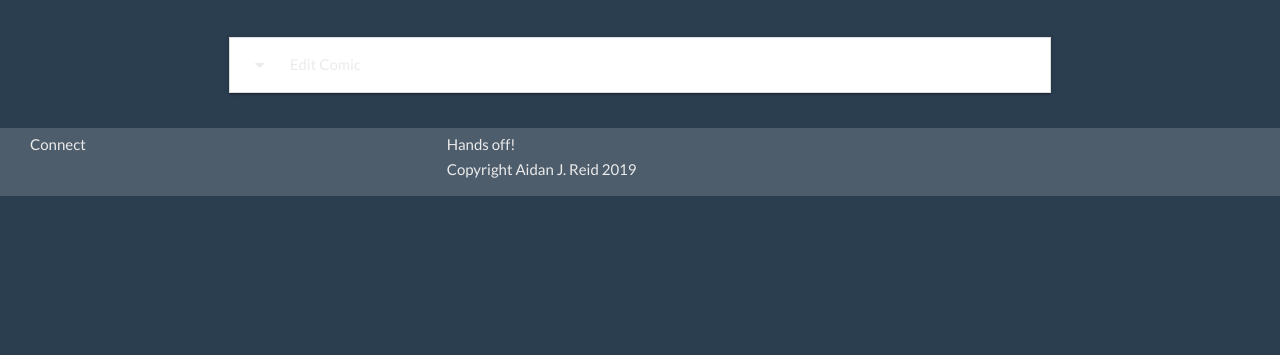
Repository: AidanJReid/Forex-Comix
Page: templates/editcomic.html
The author's editor kept a record of every edit. The page is drawn from the files as they stood at one moment, then again after the next edit.
The browser window is 1280 px wide. The pictures show the part of the page from y = 365 to 935 px (the page is 720 px tall before and 935 px after).
The page is served by the project's application, run on Flask 3 (run.py). The template is opened directly, without the code that normally fills it, so the values that code supplies are empty.

Above is the page before.
Console error: TypeError: $(...).formSelect is not a function

### templates/editcomic.html
{% extends 'base.html' %} {% block content %}

<div class="container row">
    <div class="col">
        <ul class="collapsible">
            <li>
                <div class="collapsible-header"><i class="material-icons">arrow_drop_down</i>Edit Comic</div>
                <div class="collapsible-body">
                    <form action="{{ url_for('insert_comic') }}" method="POST">
                        <div class="row">
                            <div class="input-field col s6">
                                <i class="material-icons prefix">account_circle</i>
                                <select id="language" name="language">
                                    <option value="" disabled selected>Choose your language</option>
                                    {% for language in languages %}
                                            {% if language.language == comic.language %}
                                            <option value="{{ language.language }}" selected >{{ language.language }}</option>
                                            {% else %}
                                            <option value="{{ language.language }}" selected >{{ language.language }}</option>
                                        {% endif %}
                                    {% endfor %}
                                </select>
                                <label for="language">Language</label>
                            </div>
                            <div class="input-field col s6">
                                <i class="material-icons prefix">account_circle</i>
                                <input id="title" name="title" type="text">
                                <label for="title">Title</label>
                            </div>
                        </div>
                        <div class="row">
                            <div class="input-field col s6">
                                <i class="material-icons prefix">account_circle</i>
                                <select id="genre" name="genre">
                                    <option value="" disabled selected>Choose genre</option>
                                    <option value="Horror">Horror</option>
                                    <option value="Sci-Fi">Sci-Fi</option>
                                    <option value="Comedy">Comedy</option>
                                    <option value="Erotica">Erotica</option>
                                    <option value="Fantasy">Fantasy</option>
                                    <option value="Other">Other</option>
                                </select>
                                <label for="genre">Genre</label>
                            </div>
                            <div class="input-field col s6">
                                <i class="material-icons prefix">account_circle</i>
                                <input id="character" type="text" name="character">
                                <label for="character">Main Character</label>
                            </div>
                        </div>
                        <div class="row">
                            <div class="input-field col s6">
                                <i class="material-icons prefix">account_circle</i>
                                <select id="difficulty" name="difficulty">
                                    <option value="" disabled selected>Choose difficulty</option>
                                    <option value="Easy">Easy</option>
                                    <option value="Medium">Medium</option>
                                    <option value="Hard">Hard</option>
                                </select>
                                <label for="difficulty">Difficulty</label>
                            </div>
                            <div class="file-field input-field col s6">
                                <div class="btn">
                                    <span>Upload Image</span>
                                    <input id="image_source" type="file" name="image_source">
                                </div>
                                <div class="file-path-wrapper">
                                    <input class="file-path validate" type="text">
                                </div>
                            </div>
                        </div>
                        <div class="row">
                            <div class="input-field col s6">
                                <i class="material-icons prefix">account_circle</i>
                                <select id="condition" name="condition">
                                    <option value="" disabled selected>Choose comic condition</option>
                                    <option value="Bad condition">Bad condition</option>
                                    <option value="Passable">Passable</option>
                                    <option value="Good">Good</option>
                                    <option value="As good as new">As good as new</option>
                                </select>
                                <label for="condition">Condition</label>
                            </div>
                            <div class="input-field col s6">
                                <select id="owner" name="owner">
                                <option value="" disabled selected>Choose Ownership</option>
                                    {% for owner in owner %}
                                    <option value="{{ owner.owner }}">{{ owner.owner }}</option>
                                    {% endfor %}
                                </select>
                                <label for="owner">Owner</label>
                            </div>
                        </div>
                        <div class="row">
                            <button type="submit" name="action" class="btn btn-primary">Add Comic!</button>
                        </div>
                    </form>
                </div>
            </li>
        </ul>
    </div>
</div>

{% endblock %}

### templates/base.html
<!DOCTYPE html>
<html lang="en">

<head>
    <meta charset="UTF-8">
    <meta name="viewport" content="width=device-width, initial-scale=1.0">
    <meta http-equiv="X-UA-Compatible" content="ie=edge">
    <link href="https://fonts.googleapis.com/icon?family=Material+Icons" rel="stylesheet">
    <link rel="stylesheet" href="{{ url_for('static', filename='css/bootstrap.min.css') }}" type="text/css">
    <link rel="stylesheet" href="https://cdnjs.cloudflare.com/ajax/libs/materialize/0.100.2/css/materialize.min.css">
    <link rel="stylesheet" href="{{ url_for('static', filename='css/style.css') }}" type="text/css">
    <title>Forex-Comix</title>
</head>

<body>

    <!--Navbar-->

    <nav class="navbar navbar-expand-lg navbar-light bg-light">
        <button class="navbar-toggler" type="button" data-toggle="collapse" data-target="#navbarColor03" aria-controls="navbarColor03" aria-expanded="false" aria-label="Toggle navigation">
    <span class="navbar-toggler-icon"></span>
  </button>

        <div class="collapse navbar-collapse" id="navbarColor03">
            <ul class="navbar-nav mr-auto">
                <li class="nav-item active">
                    <a class="nav-link" href="{{ url_for('index') }}">Home<span class="sr-only">(current)</span></a>
                </li>
                <li class="nav-item">
                    <a class="nav-link" href="{{ url_for('learner') }}">Learner</a>
                </li>
                <li class="nav-item">
                    <a class="nav-link" href="{{ url_for('bookseller') }}">Bookseller</a>
                </li>
                <li class="nav-item">
                    <a class="nav-link" href="{{ url_for('school') }}">School</a>
                </li>
                <li class="nav-item">
                    <a class="nav-link" href="{{ url_for('database') }}">Database</a>
                </li>
                <li class="nav-item">
                    <a class="nav-link" href="{{ url_for('addcomic') }}">Add Comic</a>
                </li>
                <li class="nav-item">
                    <a class="nav-link" href="{{ url_for('contact') }}">Contact</a>
                </li>
                <li class="nav-item">
                    <a class="nav-link" href="{{ url_for('login') }}">Login</a>
                </li>
            </ul>
        </div>
    </nav>


    <!--Page Header-->

    <header>
        <div class="jumbotron" style="background-image: url('https://static.wixstatic.com/media/9a9a38_f3f2b69e0f21490abdf4a212a75a5c34~mv2_d_3000_2000_s_2.jpg/v1/fill/w_640,h_484,al_c,q_80,usm_0.66_1.00_0.01/9a9a38_f3f2b69e0f21490abdf4a212a75a5c34~mv2_d_3000_2000_s_2.webp')">
            <div class="container" style="background: white">
                <h1 class="display-3">Forex-Comix</h1>
                <p class="lead">New and used foreign comics for language exchange</p>
            </div>
        </div>
    </header>



    <!--Main Container-->

    <div class="container-fluid">

        {% block content %} {% endblock %}

    </div>

    <!--Footer-->

    <div class="container-fluid footer footer-dark bg-dark">
        <footer="container">
            <div class="row">
                <div class="col-sm-4 foot-col">
                    <h6>Connect</h6>
                    <a href="https://www.facebook.com/aidanjreidauthor/" target="_blank"><i class="fa fa-facebook fa-2x"></i></a>
                    <a href="http://www.twitter.com/aidanjreid" target="_blank"><i class="fa fa-twitter fa-2x"></i></a>
                    <a href="https://www.linkedin.com/in/aidanreid/" target="_blank"><i class="fa fa-linkedin fa-2x"></i></a>
                </div>
                <div class="col-sm-4 foot-col">
                    <h6>Hands off!</h6>
                    <p>Copyright Aidan J. Reid 2019</p>
                </div>
            </div>
            </footer>
    </div>

    <!--Custom Scripts-->

    <script src="https://ajax.googleapis.com/ajax/libs/jquery/3.4.1/jquery.min.js"></script>
    <script src="https://cdnjs.cloudflare.com/ajax/libs/materialize/0.100.2/js/materialize.min.js"></script>
    <script src="https://maxcdn.bootstrapcdn.com/bootstrap/4.3.1/js/bootstrap.min.js"></script>
    <script src="{{ url_for('static', filename='jss/main.js') }}"></script>

</body>

</html>

### run.py
import os

from flask import Flask, render_template, request, url_for, redirect, flash
from flask_pymongo import PyMongo
from bson.objectid import ObjectId

app = Flask(__name__)

app.config["MONGO_DBNAME"] = 'ForexComix'
app.config["MONGO_URI"] = 'mongodb+srv://natureboy:ttDFW9m3@myfirstcluster-fbekj.mongodb.net/ForexComix?retryWrites=true&w=majority'

mongo = PyMongo(app)

@app.route('/')
def index():
    return render_template('index.html')

@app.route('/learner')
def learner():
    return render_template('learner.html', page_title='Learner')

@app.route('/bookseller')
def bookseller():
    return render_template('bookseller.html', page_title='Bookseller')

@app.route('/school')
def school():
    return render_template('school.html', page_title='School')

@app.route('/login')
def login():
    return render_template('login.html', page_title='Login')

@app.route('/addcomic')
def addcomic():
    return render_template('addcomic.html', page_title='Add Comic',
    languages=mongo.db.Languages.find(),
    owner=mongo.db.owner.find())

@app.route('/insert_comic', methods=['POST'])
def insert_comic():
    DBComix = mongo.db.DBComix
    DBComix.insert_one(request.form.to_dict())
    return redirect(url_for('database'))

@app.route('/database', methods=['GET'])
def database():
    return render_template('database.html', page_title='Database', DBComix=mongo.db.DBComix.find())

@app.route('/database/<comic_title>', methods=['GET'])
def database_comic(comic_title):
    return render_template('comic.html', DBComix=mongo.db.DBComix.findOne())

@app.route('/edit_comic/<DBComix_id>')
def edit_comic(DBComix_id):
    the_comic = mongo.db.DBComix.find_one({"_id": ObjectId(DBComix_id)})
    all_comics = mongo.db.languages.find(), mongo.db.condition.find(), mongo.db.difficulty.find(), mongo.db.owner.find()
    return render_template('editcomic.html',
        comic=the_comic, languages=all_comics,
        condition=all_comics,
        difficulty=all_comics,
        owner=all_comics, page_title='Add Comic')


@app.route('/contact', methods=['GET', 'POST'])
def contact():
    if request.method == 'POST':
        flash("Thanks {}, I got your message, loud and clear!".format(
              request.form['name']))
    return render_template('contact.html', page_title='Contact')

if __name__ == '__main__':
    app.run(host=os.environ.get('IP'),
            port=int(os.environ.get('PORT')),
            debug=True)

# Debug=true should be removed on submission!

### static/css/style.css
/* Home Page */


/*Profiles*/



/*Cards*/

.flip-card {
  background-color: transparent;
  width: 200px;
  height: 300px;
  border: 1px solid #f1f1f1;
  perspective: 1000px;
}

.flip-inner {
  position: relative;
  width: 100%;
  height: 100%;
  text-align: center;
  font-size: 12px;
  transition: transform 0.8s;
  transform-style: preserve-3d;
}

.flip-card:hover .flip-inner {
  transform: rotateY(180deg);
}

.flip-front,
.flip-back {
  position: absolute;
  width: 100%;
  height: 100%;
  backface-visibility: hidden;
}

.flip-back {
  padding-top: 0%;
  background-color: rgba(0, 0, 0, 0.20);
  color: white;
  transform: rotateY(180deg);
}

### static/js/main.js
/*global $*/

$(document).ready(function() {
    $('.collapsible').collapsible();
    $('select').formSelect();

});

Loaded but not shown: static/css/bootstrap.min.css (library)

After the next edit:
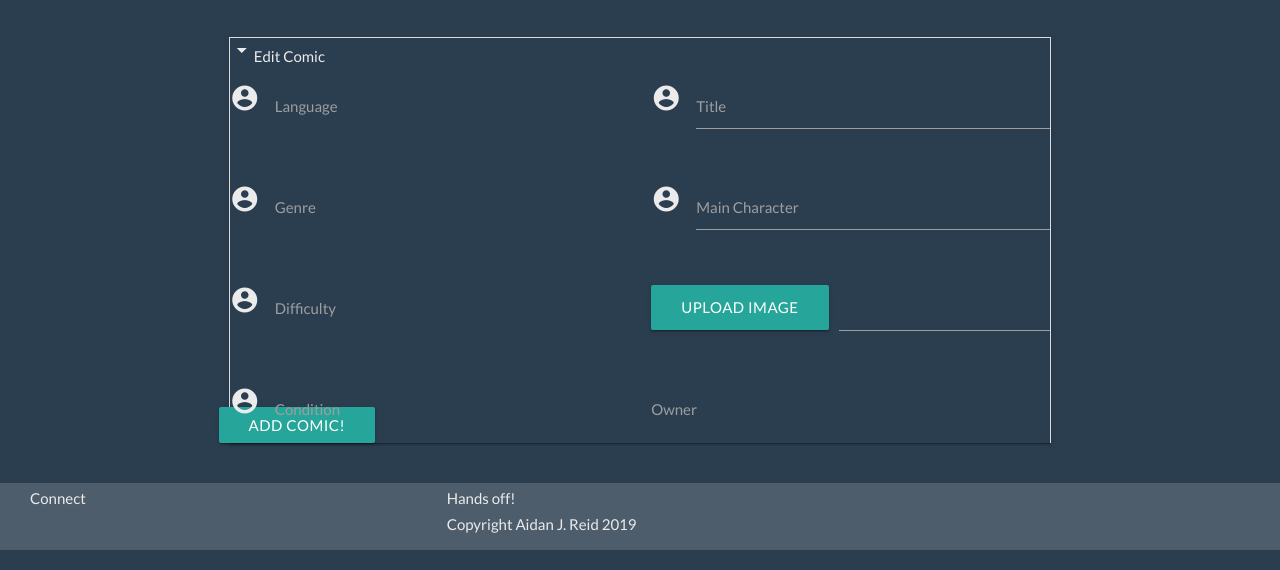
The edit:
--- a/templates/editcomic.html
+++ b/templates/editcomic.html
@@ -4,8 +4,8 @@
     <div class="col">
         <ul class="collapsible">
             <li>
-                <div class="collapsible-header"><i class="material-icons">arrow_drop_down</i>Edit Comic</div>
-                <div class="collapsible-body">
+                <div><i class="material-icons">arrow_drop_down</i>Edit Comic</div>
+                <div>
                     <form action="{{ url_for('insert_comic') }}" method="POST">
                         <div class="row">
                             <div class="input-field col s6">
